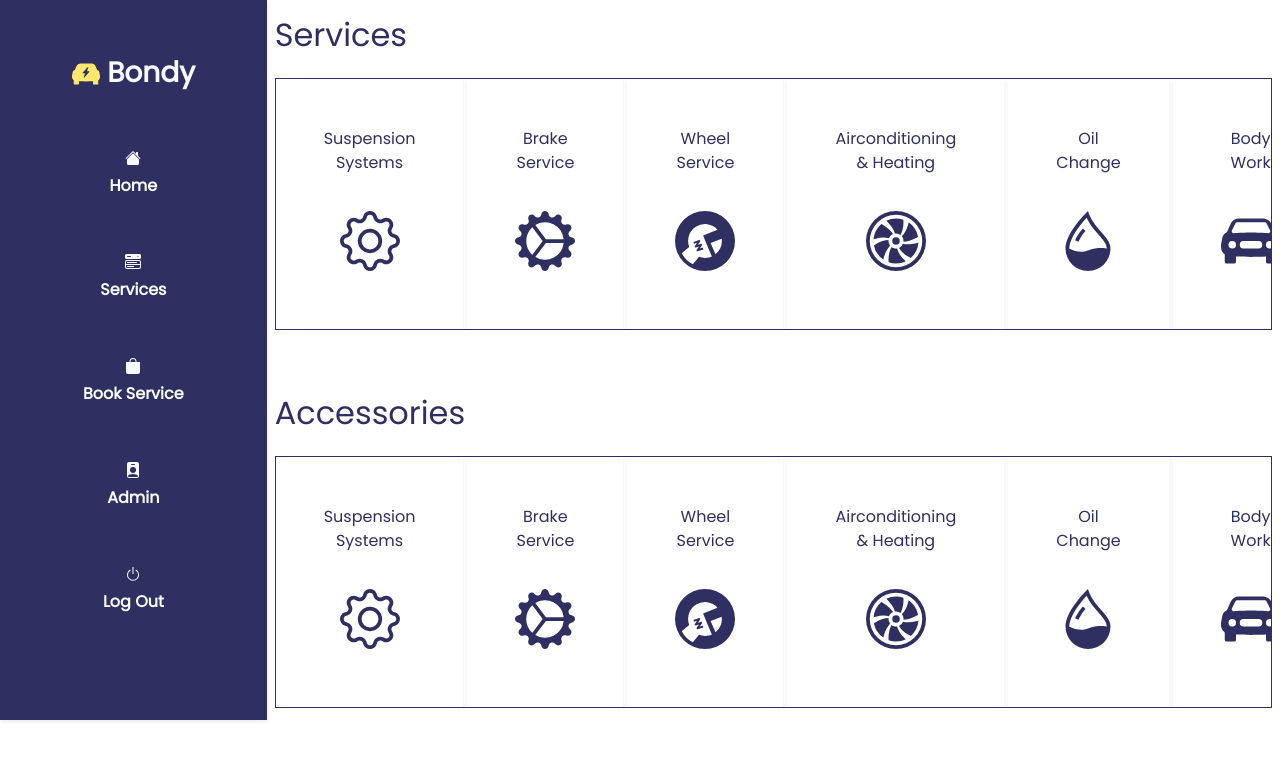
Repository: duzzisantos/bondy
Page: /
These files come from the project's save history. The page is drawn as it stood at one moment and after the next save; the edit follows.
The browser window is 1280 px wide. The pictures show the whole page.
Some web libraries are served in a nearby version. The project was rebuilt for these pictures with package versions that can differ from the ones it lists, and the page was loaded fresh each time.

Above is the page before, as saved 2023-06-18 01:42:39.

### public/index.html
<!DOCTYPE html>
<html lang="en">
  <head>
    <meta charset="utf-8" />
    <link rel="icon" href="%PUBLIC_URL%/favicon.ico" />
    <meta name="viewport" content="width=device-width, initial-scale=1" />
    <meta name="theme-color" content="#000000" />
    <meta
      name="description"
      content="Web site created using create-react-app"
    />
    <link rel="apple-touch-icon" href="%PUBLIC_URL%/logo192.png" />
    <!-- Option 1: Include in HTML -->
    <link
      rel="stylesheet"
      href="https://cdn.jsdelivr.net/npm/bootstrap-icons@1.3.0/font/bootstrap-icons.css"
    />
    <link rel="preconnect" href="https://fonts.googleapis.com" />
    <link rel="preconnect" href="https://fonts.gstatic.com" crossorigin />
    <!--
      manifest.json provides metadata used when your web app is installed on a
      user's mobile device or desktop. See https://developers.google.com/web/fundamentals/web-app-manifest/
    -->
    <link rel="manifest" href="%PUBLIC_URL%/manifest.json" />
    <!--
      Notice the use of %PUBLIC_URL% in the tags above.
      It will be replaced with the URL of the `public` folder during the build.
      Only files inside the `public` folder can be referenced from the HTML.

      Unlike "/favicon.ico" or "favicon.ico", "%PUBLIC_URL%/favicon.ico" will
      work correctly both with client-side routing and a non-root public URL.
      Learn how to configure a non-root public URL by running `npm run build`.
    -->
    <title>React App</title>
  </head>
  <body>
    <noscript>You need to enable JavaScript to run this app.</noscript>
    <div id="root"></div>
    <!--
      This HTML file is a template.
      If you open it directly in the browser, you will see an empty page.

      You can add webfonts, meta tags, or analytics to this file.
      The build step will place the bundled scripts into the <body> tag.

      To begin the development, run `npm start` or `yarn start`.
      To create a production bundle, use `npm run build` or `yarn build`.
    -->
  </body>
</html>

### src/index.js
import React from "react";
import ReactDOM from "react-dom/client";
import "./index.css";
import App from "./App";
import "bootstrap/dist/css/bootstrap.min.css";
import { BrowserRouter as Router } from "react-router-dom";

const root = ReactDOM.createRoot(document.getElementById("root"));
root.render(
  <React.StrictMode>
    <Router>
      <App />
    </Router>
  </React.StrictMode>
);

### src/App.js
import "./App.css";
import "bootstrap";
import SideBar from "./components/Navigation/SideBar";
import { Routes, Route } from "react-router-dom";
import LandingPage from "./views/LandingPage";
function App() {
  return (
    <div className="App d-flex flex-row flex-nowrap">
      <SideBar />
      <Routes>
        <Route path="/" element={<LandingPage />} />
        <Route path="/home" element={<LandingPage />} />
      </Routes>
    </div>
  );
}

export default App;

### src/App.css
@import url("https://fonts.googleapis.com/css2?family=Cabin&family=Montserrat:wght@200&family=Poppins&display=swap");

* {
  font-family: "Poppins", sans-serif;
}
.App {
  text-align: center;
}

.custom-color {
  color: #2f3061 !important;
}

.custom-bg-color {
  background-color: #2f3061;
}

.custom-border {
  border: 1px solid #2f3061;
}

### src/components/Navigation/SideBar.tsx
import React, { FunctionComponent } from "react";
import "react-bootstrap";
import "../../App.css";
import "./Navigation.scss";
import { Link } from "react-router-dom";
import {
  HouseFill,
  BagFill,
  PersonBadgeFill,
  Power,
  EvFrontFill,
  MenuButtonWideFill,
} from "react-bootstrap-icons";

const commonLinkClasses =
  "d-flex flex-column justify-content-center align-items-center p-1 gap-2 text-light text-decoration-none fw-bold";
const SideBar: FunctionComponent = () => {
  return (
    <div className="col-2 vh-100 custom-bg-color shadow-sm p-5 text-light d-flex flex-column vstack gap-5">
      <Link to={"/"} className={commonLinkClasses + " fs-3"}>
        <span>
          <EvFrontFill className="brand-icon-color" /> Bondy
        </span>
      </Link>
      <Link to={"/home"} className={commonLinkClasses}>
        <HouseFill />
        Home
      </Link>

      <Link to={"/services"} className={commonLinkClasses}>
        <MenuButtonWideFill />
        Services
      </Link>

      <Link to={"/book-service"} className={commonLinkClasses}>
        <BagFill />
        Book Service
      </Link>

      <Link to={"/admin"} className={commonLinkClasses}>
        <PersonBadgeFill />
        Admin
      </Link>

      <Link to={"/logout"} className={commonLinkClasses}>
        <Power />
        Log Out
      </Link>
    </div>
  );
};

export default SideBar;

### src/views/LandingPage.tsx
import React, { FunctionComponent } from "react";
import "../components/Home/LandingPage.scss";
import LandingPageScrollContainer from "src/components/Home/LandingPageScrollContainer";
import { servicesList } from "src/components/Home/landingPageContent";

const LandingPage: FunctionComponent = () => {
  const handleClick = () => {
    console.log("This was clicked");
  };
  return (
    <div className="col-9 pt-3 px-2 py-5 vstack gap-5 d-flex flex-column align-items-center">
      <LandingPageScrollContainer
        content={servicesList}
        category="Services"
        handleClick={handleClick}
      />
      <LandingPageScrollContainer
        content={servicesList}
        category="Accessories"
        handleClick={handleClick}
      />
    </div>
  );
};

export default LandingPage;

### src/components/Navigation/Navigation.scss
.brand-icon-color {
  color: #ffe66d !important;
}

### src/components/Home/LandingPage.scss
.scroll-container-fixed {
  position: fixed !important;
}

.scroll-container-size {
  height: 330px !important;
}

.service-card {
  height: 270px !important;
}

.service-icon-font {
  font-size: 60px !important;
}

### src/components/Home/LandingPageScrollContainer.tsx
import React, { FunctionComponent } from "react";
import "../../App.css";
import { Link } from "react-router-dom";

interface ScrollContainerProps {
  content: any[];
  category: string;
  handleClick: any;
}
const LandingPageScrollContainer: FunctionComponent<ScrollContainerProps> = ({
  content,
  category,
  handleClick,
}) => {
  return (
    <section className="col-6 w-100 scroll-container-size">
      <h2 className="text-start mb-4 custom-color">{category}</h2>
      <div className="overflow-x-scroll w-100 d-flex flex-row hstack gap-1 custom-border">
        {content.map((element, index) => (
          <Link
            to={`/services/${element.category}`}
            key={index}
            className={`text-decoration-none p-5 w-25 shadow-sm d-flex flex-column vstack gap-3`}
            onClick={handleClick}
          >
            <span className="custom-color">{element.category}</span>
            <span className={`service-icon-font custom-color`}>
              {element.icon}
            </span>
          </Link>
        ))}
      </div>
    </section>
  );
};

export default LandingPageScrollContainer;

### src/components/Home/landingPageContent.tsx
import React from "react";
import {
  Gear,
  GearWideConnected,
  WrenchAdjustableCircleFill,
  Fan,
  DropletHalf,
  CarFrontFill,
} from "react-bootstrap-icons";
export const servicesList = [
  {
    id: 1,
    category: "Suspension Systems",
    icon: <Gear />,
  },
  {
    id: 2,
    category: "Brake Service",
    icon: <GearWideConnected />,
  },
  {
    id: 3,
    category: "Wheel Service",
    icon: <WrenchAdjustableCircleFill />,
  },
  {
    id: 4,
    category: "Airconditioning & Heating",
    icon: <Fan />,
  },
  {
    id: 5,
    category: "Oil Change",
    icon: <DropletHalf />,
  },
  {
    id: 6,
    category: "Body Work",
    icon: <CarFrontFill />,
  },
];

Loaded but not shown: src/index.css (common file)

After the next save:
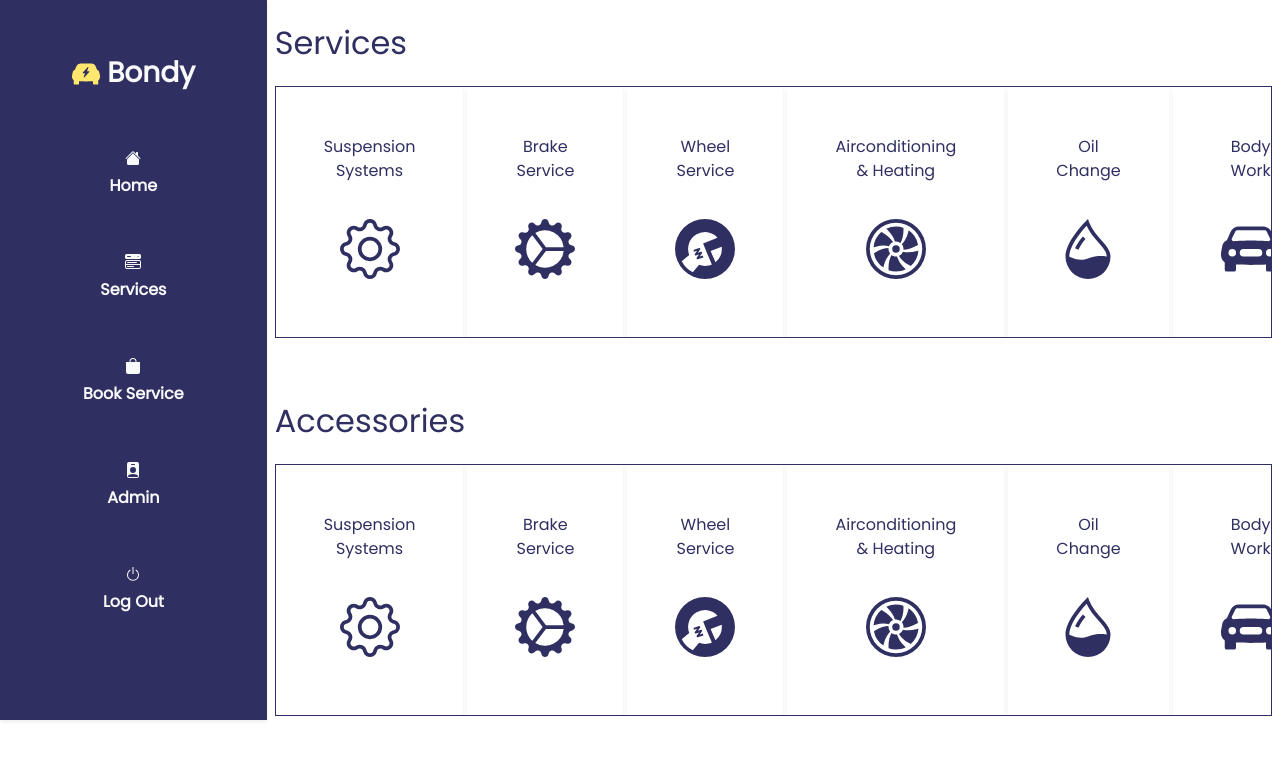
Saved 4 s later.
--- a/src/views/LandingPage.tsx
+++ b/src/views/LandingPage.tsx
@@ -8,7 +8,7 @@ const LandingPage: FunctionComponent = () => {
     console.log("This was clicked");
   };
   return (
-    <div className="col-9 pt-3 px-2 py-5 vstack gap-5 d-flex flex-column align-items-center">
+    <div className="col-9 pt-4 px-2 py-5 vstack gap-5 d-flex flex-column align-items-center">
       <LandingPageScrollContainer
         content={servicesList}
         category="Services"
